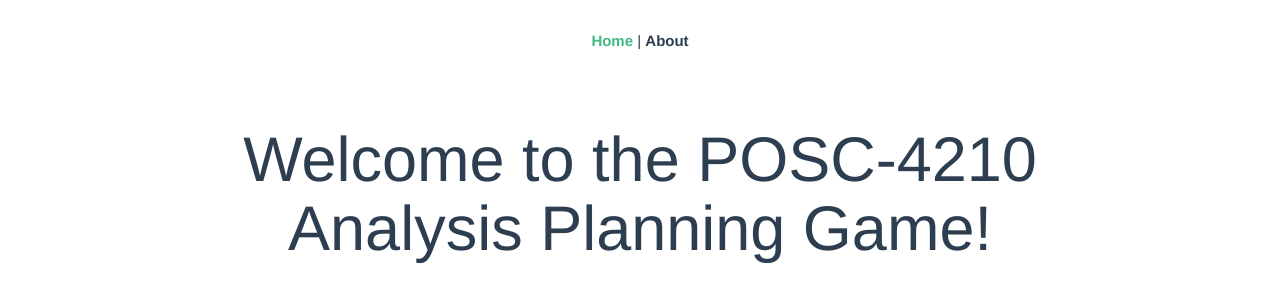
Repository: gallard28/posc4210app
Page: /
An editor plug-in stored every save of this project. The page is shown before and after the next save, followed by the edit.
The browser window is 1280 px wide. The pictures show the whole page.
The project was rebuilt for these pictures with package versions that can differ from the ones it lists, and the page was loaded fresh each time.

Above is the page before, as saved 2020-09-20 15:55:05.

### public/index.html
<!DOCTYPE html>
<html lang="en">
  <head>
    <meta charset="utf-8">
    <meta http-equiv="X-UA-Compatible" content="IE=edge">
    <meta name="viewport" content="width=device-width,initial-scale=1.0">
    <link rel="icon" href="<%= BASE_URL %>favicon.ico">
    <title><%= htmlWebpackPlugin.options.title %></title>

    <!-- Materialize CSS -->
    <!-- Compiled and minified CSS -->
    <link rel="stylesheet" href="https://cdnjs.cloudflare.com/ajax/libs/materialize/1.0.0/css/materialize.min.css">

    <!-- Compiled and minified JavaScript -->
    <script src="https://cdnjs.cloudflare.com/ajax/libs/materialize/1.0.0/js/materialize.min.js"></script>

  </head>
  <body>
    <noscript>
      <strong>We're sorry but <%= htmlWebpackPlugin.options.title %> doesn't work properly without JavaScript enabled. Please enable it to continue.</strong>
    </noscript>
    <div id="app"></div>
    <!-- built files will be auto injected -->
  </body>
</html>

### src/views/Home.vue
<template>
  <div class="home container">
    <div class="cols12">
      <h1>Welcome to the POSC-4210 Analysis Planning Game!</h1>
    </div>

  </div>
</template>

<script>
export default {
  name: 'Home',
  components: {
  }
}
</script>

Loaded but not shown: src/main.js (common file); src/App.vue (common file); src/router/index.js (common file)

After the next save:
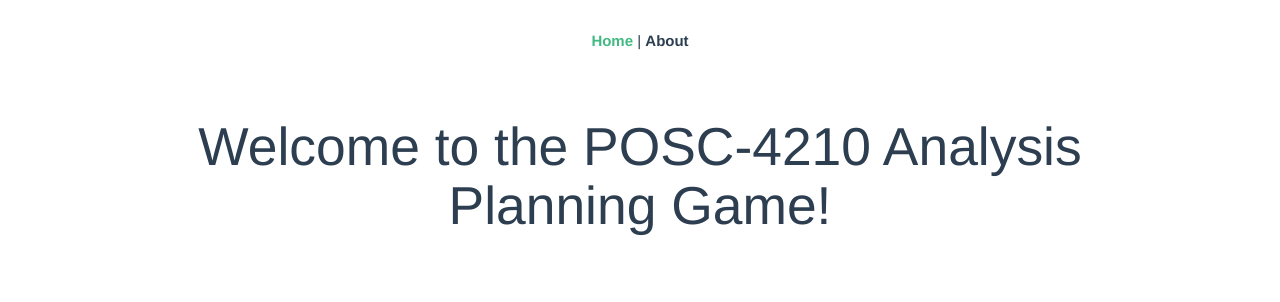
Saved 33 s later.
--- a/src/views/Home.vue
+++ b/src/views/Home.vue
@@ -1,7 +1,7 @@
 <template>
   <div class="home container">
     <div class="cols12">
-      <h1>Welcome to the POSC-4210 Analysis Planning Game!</h1>
+      <h2>Welcome to the POSC-4210 Analysis Planning Game!</h2>
     </div>
 
   </div>
